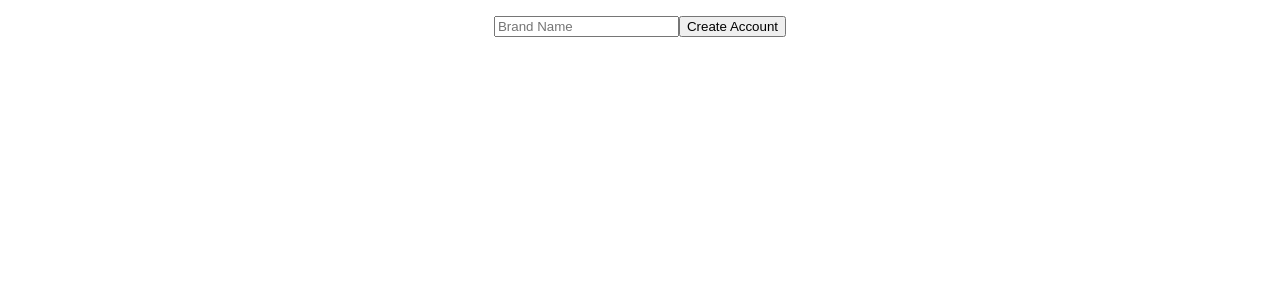
Repository: developerks611/Bumble-bee
Page: http://localhost/Bumble/add-brand.jsp
The author's editor kept a copy of each file at every save. The page is drawn from the files as they stood at one save, then again after the next save.
The browser window is 1280 px wide. The pictures show the whole page.
The page is served by Tomcat 9.

Above is the page before, as saved 2023-02-28 05:33:34.

After the next save:
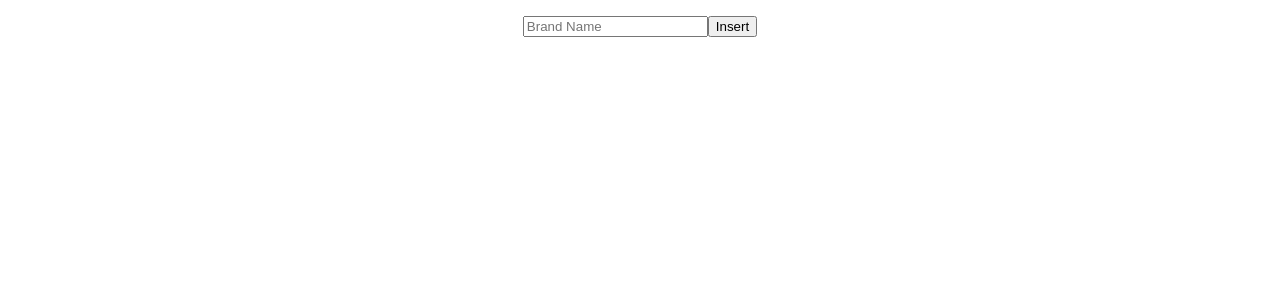
Saved 58 s later.
--- a/Bumble/src/main/webapp/add-brand.jsp
+++ b/Bumble/src/main/webapp/add-brand.jsp
@@ -17,7 +17,7 @@
 	<div class="container">
 		<p>${message }<p>
 		<form action="addBrand" method="post">
-			<input type="text" placeholder="Brand Name"><button type="submit" class="btn btn-success createAccount">Create Account</button>
+			<input type="text" placeholder="Brand Name"><button type="submit" class="btn btn-success createAccount">Insert</button>
 
 
 
